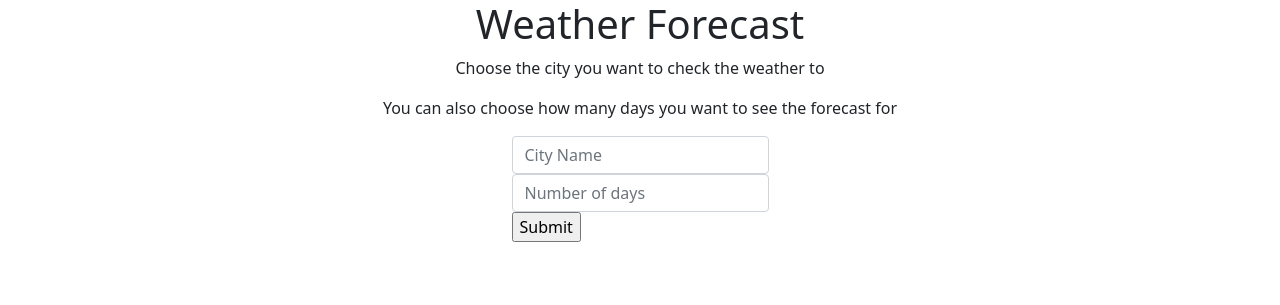
Repository: DimitrisDoxopoulos/my-own-weather-app
Page: /
An editor plug-in stored every save of this project. The page is shown before and after the next save, followed by the edit.
The browser window is 1280 px wide. The pictures show the whole page.
The project was rebuilt for these pictures with package versions that can differ from the ones it lists, and the page was loaded fresh each time.

Above is the page before, as saved 2021-06-03 15:16:15.

After the next save:
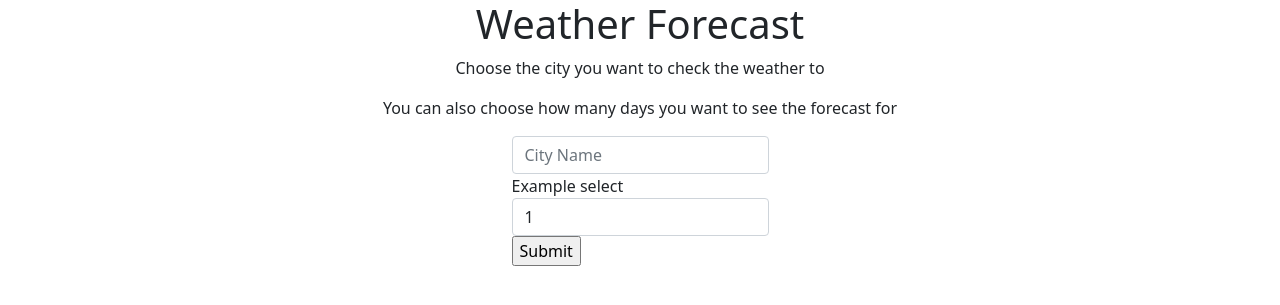
Saved 28 min 38 s later.
--- a/src/components/Form.js
+++ b/src/components/Form.js
@@ -8,7 +8,14 @@ const Form = () => {
                     <input type="text" class="form-control" id="exampleFormControlInput1" placeholder="City Name" />
                 </div>
                 <div class="form-group">
-                   <input type="text" class="form-control" id="exampleFormControlInput1" placeholder="Number of days" />
+                   <label for="exampleFormControlSelect1">Example select</label>
+                    <select class="form-control" id="exampleFormControlSelect1">
+                        <option>1</option>
+                        <option>2</option>
+                        <option>3</option>
+                        <option>4</option>
+                        <option>5</option>
+                    </select>
                 </div>
                 <input type="submit" value="Submit" />
             </form>
